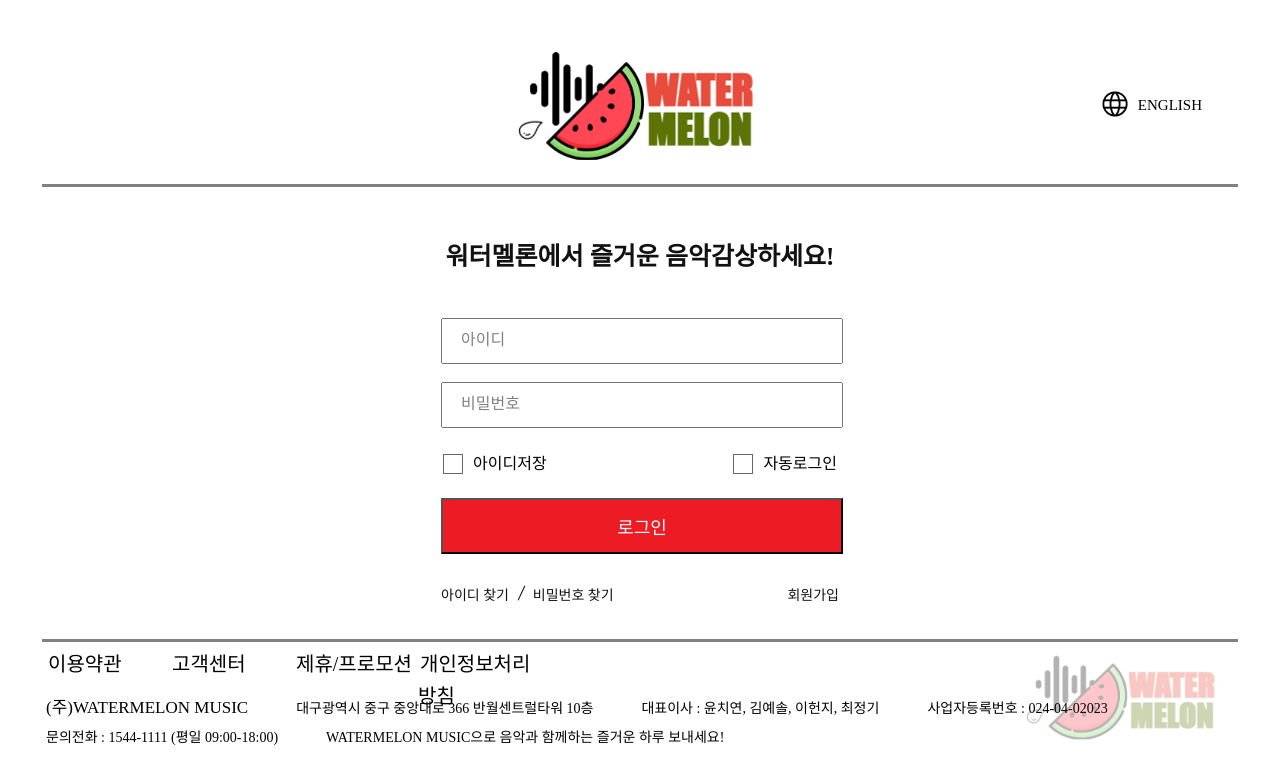
Repository: anchobb/TEAM_STS
Page: http://localhost/PJ_TEAM01/WEB-INF/views/member/login.jsp
An editor plug-in stored every save of this project. The page is shown before and after the next save, followed by the edit.
The browser window is 1280 px wide. The pictures show the whole page.
Some web fonts or font styles are not loaded; a fallback is used. Some web libraries are served in a nearby version. The page is served by Tomcat 9. Nobody is signed in. The template is opened directly, without the code that normally fills it, so the values that code supplies are empty.

Above is the page before, as saved 2023-09-12 04:20:47.

After the next save:
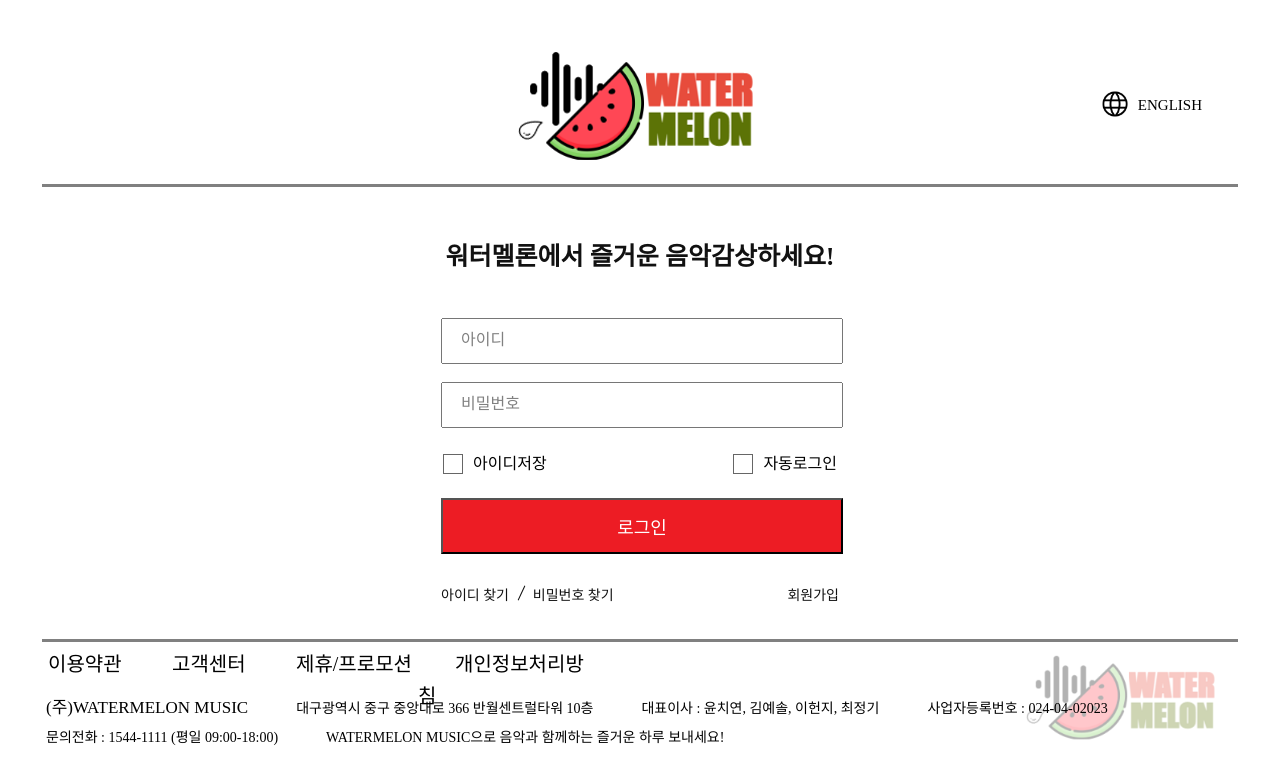
Saved 34 s later.
--- a/PJ_TEAM01/src/main/webapp/WEB-INF/views/member/login.jsp
+++ b/PJ_TEAM01/src/main/webapp/WEB-INF/views/member/login.jsp
@@ -56,7 +56,7 @@
                         <li><a href="">이용약관</a></li>
                         <li><a href="">고객센터</a></li>
                         <li><a href="">제휴/프로모션</a></li>
-                        <li><a href=""> 개인정보처리방침</a></li>
+                        <li style="width:170px"><a href=""> &nbsp;&nbsp;&nbsp;&nbsp;&nbsp;&nbsp;&nbsp;개인정보처리방침</a></li>
                     </ul>
                 </div>
                 <p></p>
